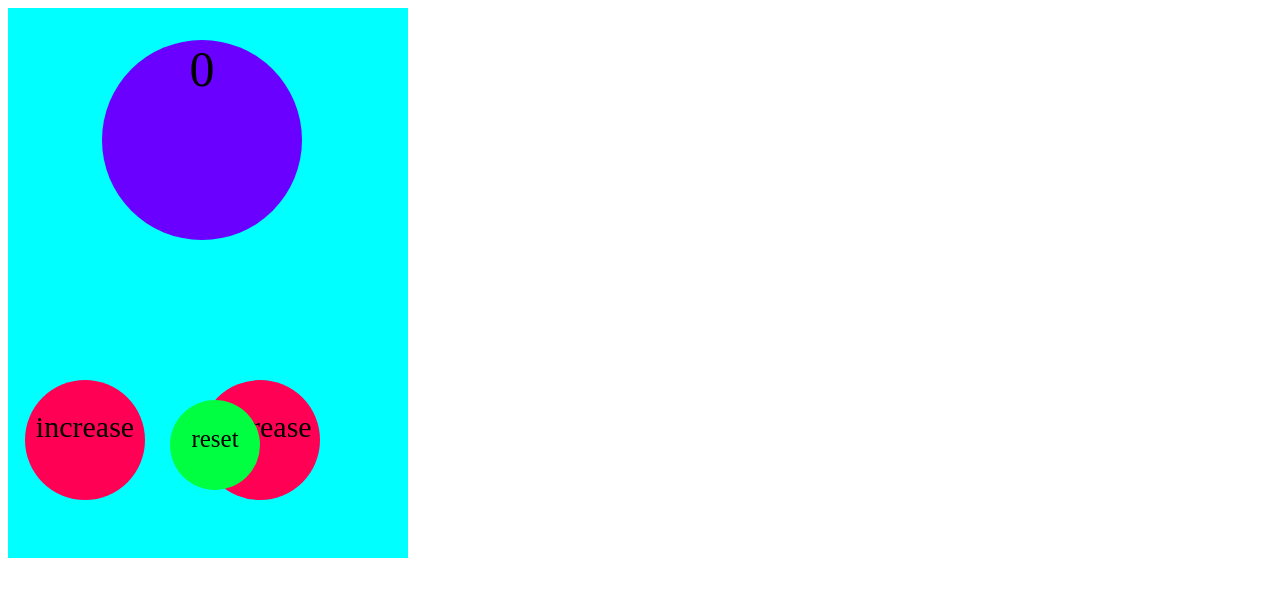
Repository: sara55m/Counter_App
Page: index.html
An editor plug-in stored every save of this project. The page is shown before and after the next save, followed by the edit.
The browser window is 1280 px wide. The pictures show the whole page.

Above is the page before, as saved 2024-07-30 03:34:09.

### index.html
<!DOCTYPE html>
<html lang="en">
<head>
    <meta charset="UTF-8">
    <meta name="viewport" content="width=device-width, initial-scale=1.0">
    <title>Document</title>
    <link rel="stylesheet" href="css/style.css">
</head>
<body>
    <div class="container">
        <div class="main" id="main"></div>
        <div class="increase" id="increase" onclick="increase()"><p class="first">increase</p></div>
        <div class="decrease" id="decrease" onclick="increase()"><p class="second">decrease</p></div>
        <div class="reset" onclick="reset_1()"><p class="third">reset</p></div>
    </div>
    <script src="js/script.js"></script>
</body>
</html>

### css/style.css
.container{
    height:550px;
    width:400px;
    background-color: aqua;
}

.main{
    position:absolute;
    top:40px;
    left:102px;
    height:200px;
    width:200px;
    border-radius: 50%;
    background-color: rgb(106, 0, 255);
    text-align: center;
    font-size: 50px;
}

.increase{
    position:absolute;
    top:380px;
    left:25px;
    height:120px;
    width:120px;
    border-radius: 50%;
    background-color: rgb(255, 0, 85);
    text-align: center;
    font-size: 50px;
}
p.first,p.second{
    font-size: 30px;;
}

.decrease{
    position:absolute;
    top:380px;
    left:200px;
    height:120px;
    width:120px;
    border-radius: 50%;
    background-color: rgb(255, 0, 85);
    text-align: center;
    font-size: 50px;
}

.reset{
    position:absolute;
    top:400px;
    left:170px;
    height:90px;
    width:90px;
    border-radius: 50%;
    background-color: rgb(0, 255, 64);
    text-align: center;
    font-size: 50px;
}

p.third{
    font-size: 25px;;
}

### js/script.js
let count=0;
let count1=0;
document.getElementById("main").innerHTML=count1;
function increase(){
    count+=1;
    count1+=1;
    //document.getElementById("increase").innerHTML=count;
    document.getElementById("main").innerHTML=count1;

}

function reset_1(){
    let count=0;
    let x=document.getElementById("main").innerHTML=count;

}

After the next save:
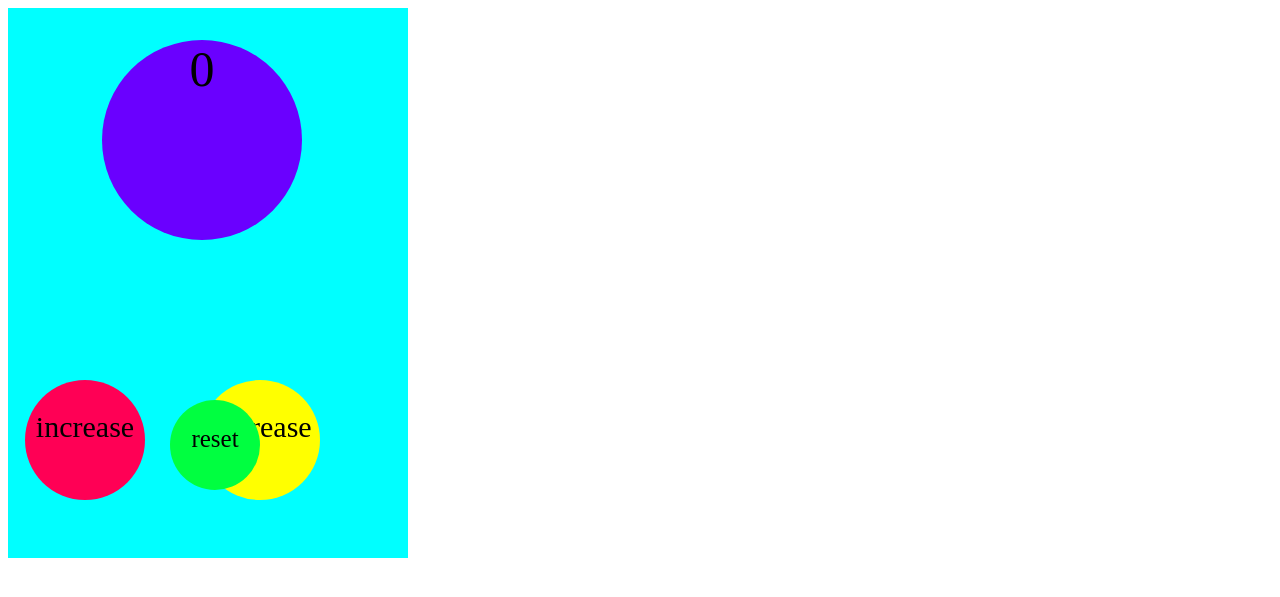
Saved 12 s later.
--- a/css/style.css
+++ b/css/style.css
@@ -38,7 +38,7 @@ p.first,p.second{
     height:120px;
     width:120px;
     border-radius: 50%;
-    background-color: rgb(255, 0, 85);
+    background-color:yellow;
     text-align: center;
     font-size: 50px;
 }
